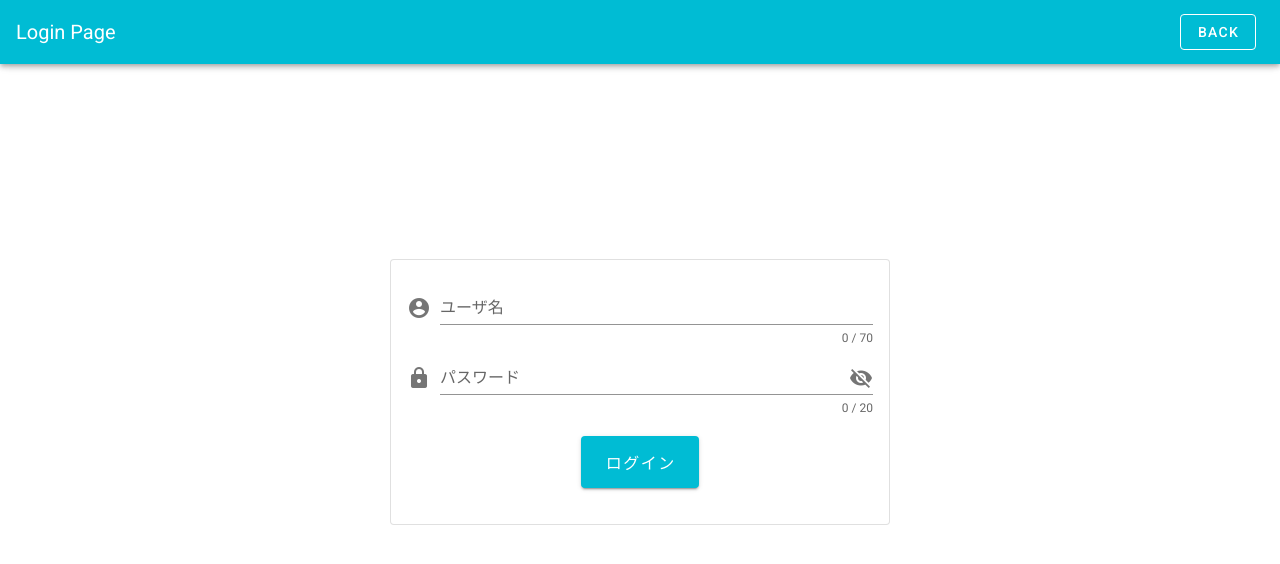
Repository: taniwhy/open-campus-system
Page: /#/admin (app in client_view/)
An editor plug-in stored every save of this project. The page is shown before and after the next save, followed by the edit.
The browser window is 1280 px wide. The pictures show the whole page.
The project was rebuilt for these pictures with package versions that can differ from the ones it lists, and the page was loaded fresh each time. Also part of the build but not shown: client_view/vue.config.js, client_view/src/views/Base_form.vue.

Above is the page before, as saved 2019-12-07 00:29:13.

After the next save:
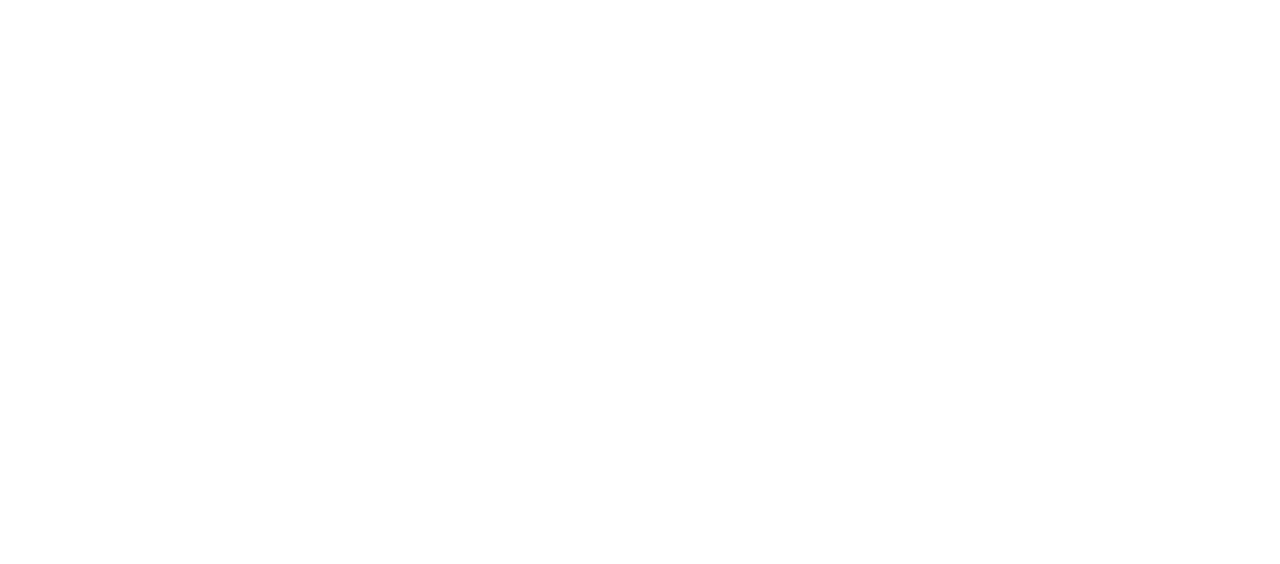
Console error: ReferenceError: Base_form is not defined
Saved 2 min 48 s later.
--- a/client_view/src/router/index.js
+++ b/client_view/src/router/index.js
@@ -5,7 +5,7 @@ import Home from '../views/Home.vue'
 import Login from '../views/Login.vue'
 import Admin from '../views/Admin.vue'
 import Base from '../views/Base.vue'
-import Base_form from '../views/Base_form.vue'
+import BaseForm from '../views/BaseForm.vue'
 
 import Register from '../components/Register.vue'
 import Confirmation from '../components/Confirmation.vue'

After the save that followed:
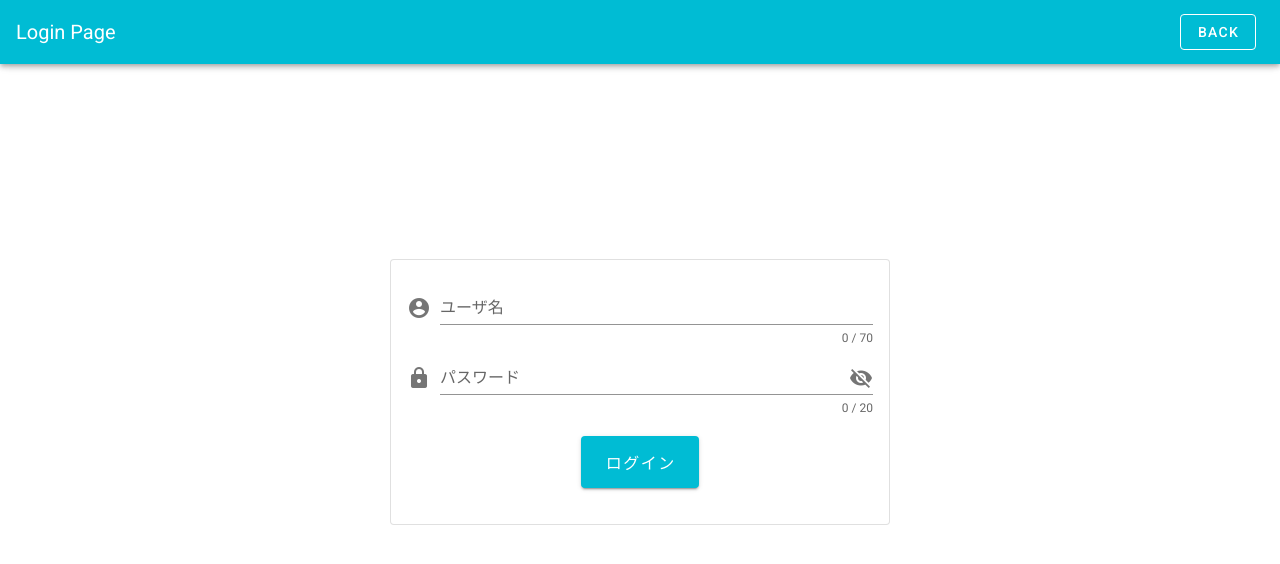
The error is gone.
Saved 5 s later.
--- a/client_view/src/router/index.js
+++ b/client_view/src/router/index.js
@@ -30,7 +30,7 @@ const routes = [{
     },
     {
         path: '/register',
-        component: Base_form,
+        component: BaseForm,
         children: [{
                 path: '/',
                 component: Register
